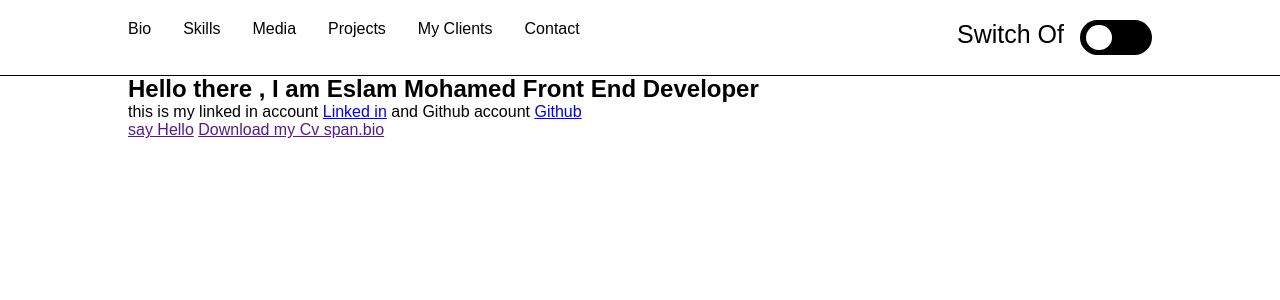
Repository: Eslam0Mohamed/portfolio
Page: index.html
These files come from the project's save history. The page is drawn as it stood at one moment and after a run of saves; the edit follows.
The browser window is 1280 px wide. The pictures show the whole page.

Above is the page before, as saved 2024-07-13 23:58:05.

After the next 2 saves:
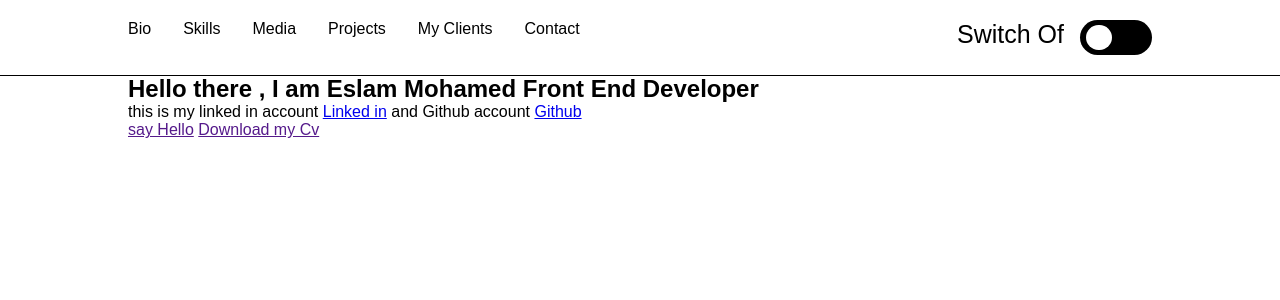
The 2 saves are shown as one change because they came seconds apart.
The last was saved 5 s later.
--- a/index.html
+++ b/index.html
@@ -54,7 +54,7 @@
           <a href="https://github.com/Eslam0Mohamed">Github</a>
         </p>
         <a href="" class="bio__link say-hello">say Hello</a>
-        <a href="" class="bio__link download">Download my Cv span.bio</a>
+        <a href="" class="bio__link download">Download my Cv <span class="bio__arrow"></span></a>
       </section>
     </div>
   </body>
